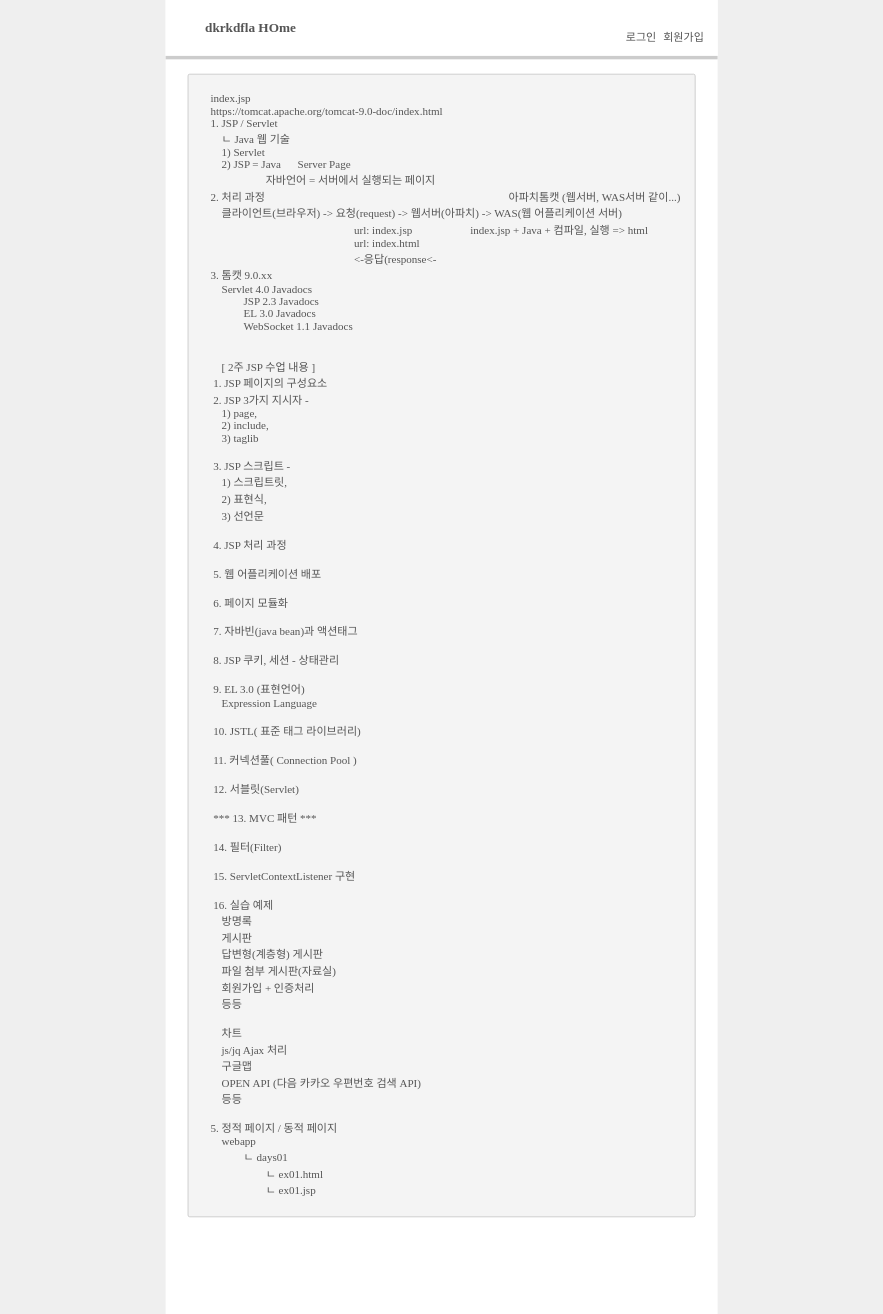
Repository: Dusajang/JSPClass
Page: http://localhost/jspPro/index.jsp
An editor plug-in stored every save of this project. The page is shown before and after the next save, followed by the edit.
The browser window is 1280 px wide. The pictures show the whole page, at 69% of full size.
Some web fonts or font styles are not loaded; a fallback is used. The page is served by Tomcat 9.

Above is the page before, as saved 2024-10-15 02:10:03.

After the next save:
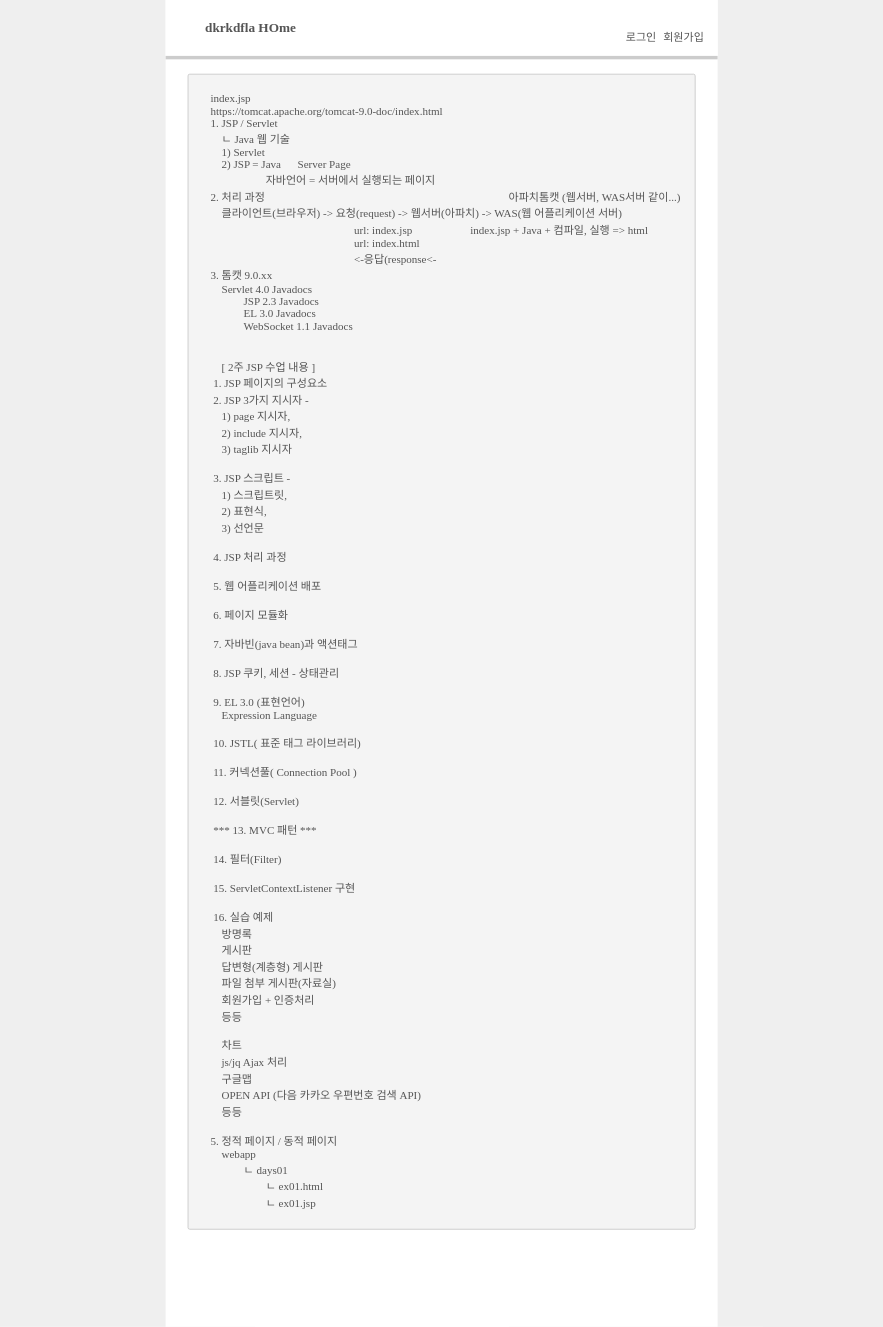
Saved 11 min 3 s later.
--- a/jspPro/src/main/webapp/index.jsp
+++ b/jspPro/src/main/webapp/index.jsp
@@ -48,9 +48,9 @@
 	[ 2주 JSP 수업 내용 ]
      1. JSP 페이지의 구성요소
      2. JSP 3가지 지시자 -
-        1) page,
-        2) include,
-        3) taglib
+        1) page 지시자,
+        2) include 지시자,
+        3) taglib 지시자
 
      3. JSP 스크립트 -
         1) 스크립트릿,
